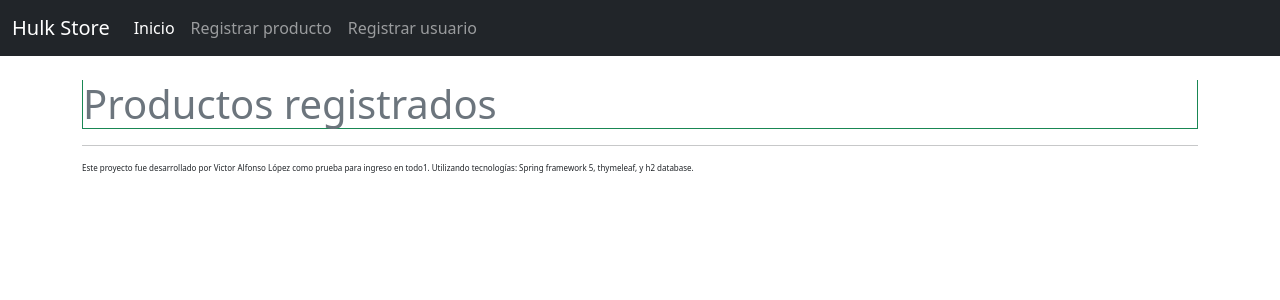
Repository: alfonsoLopez1992/PruebaTODO1
Page: http://localhost/index
These files come from the project's save history. The page is drawn as it stood at one moment and after the next save; the edit follows.
The browser window is 1280 px wide. The pictures show the whole page.
Some web libraries are served in a nearby version. The page is this project's Thymeleaf template; nobody is signed in. The template is opened directly, without the code that normally fills it, so the values that code supplies are empty.

Above is the page before, as saved 2021-02-15 21:37:14.

### hulk-store-internet/src/main/resources/templates/index.html
<!DOCTYPE html>
<html xmlns:th="http://www.thymeleaf.org">
<head th:replace="layout/layout :: head">
</head>
<body>

	<header th:replace="layout/layout :: header"></header>

	<div class="container">
		<br />

		<h1
			class="text-secondary border border-success border-top-0 border-left-0 border-right-0">Productos
			registrados</h1>

		<div th:each="producto: ${productos}">
			<div class="card" style="width: 18rem;">
				<div class="text-center">
					<img th:src="${producto.imagenUrl}"
						style="width: 250px; height: 200px;" class="rounded"
						th-alt="${producto.nombreCorto}">
				</div>

				<div class="card-body">
					<h5 class="card-title" th:text="${producto.nombre}"></h5>
					<p class="card-text" th:text="${producto.descripcion}"></p>
					Costo $: <b>
						<p style="font-size: 20px;" class="card-text"
							th:text=" ${producto.costo}"></p>
					</b> <a href="#" class="btn btn-primary">Comprar</a>
				</div>
			</div>
			<br />
		</div>

	</div>


	<footer th:replace="layout/layout :: footer"></footer>

</body>
</html>

### hulk-store-internet/src/main/resources/templates/layout/layout.html
<!DOCTYPE html>
<html xmlns:th="http://www.thymeleaf.org">
<head th:fragment="head">
<meta charset="UTF-8">
<title>Hulk store</title>
<link
	href="https://cdn.jsdelivr.net/npm/bootstrap@5.0.0-beta2/dist/css/bootstrap.min.css"
	rel="stylesheet"
	integrity="sha384-BmbxuPwQa2lc/FVzBcNJ7UAyJxM6wuqIj61tLrc4wSX0szH/Ev+nYRRuWlolflfl"
	crossorigin="anonymous">

</head>
<body>
	<header th:fragment="header">
		<nav class="navbar navbar-expand-lg navbar-dark bg-dark">
			<div class="container-fluid">
				<a class="navbar-brand" href="#">Hulk Store</a>
				<button class="navbar-toggler" type="button"
					data-bs-toggle="collapse" data-bs-target="#navbarNav"
					aria-controls="navbarNav" aria-expanded="false"
					aria-label="Toggle navigation">
					<span class="navbar-toggler-icon"></span>
				</button>
				<div class="collapse navbar-collapse" id="navbarNav">
					<ul class="navbar-nav">
						<li class="nav-item"><a class="nav-link active"
							aria-current="page" href="http://localhost:8080/">Inicio</a></li>

						<li class="nav-item"><a class="nav-link" href="http://localhost:8080/producto/listar">Registrar producto</a>
						</li>
						<li class="nav-item"><a class="nav-link" href="http://localhost:8080/usuario/index">Registrar usuario</a>
						</li>
					</ul>
				</div>
			</div>
		</nav>
	</header>
	<div class="container"></div>


	<footer th:fragment="footer" class="container">
		<hr />
		<p style="font-size: 8px !important;">Este proyecto fue desarrollado por Victor Alfonso López como
			prueba para ingreso en todo1. Utilizando tecnologías: Spring framework 5, thymeleaf, y h2 database.</p>
		<script
			src="https://cdn.jsdelivr.net/npm/bootstrap@5.0.0-beta2/dist/js/bootstrap.bundle.min.js"
			integrity="sha384-b5kHyXgcpbZJO/tY9Ul7kGkf1S0CWuKcCD38l8YkeH8z8QjE0GmW1gYU5S9FOnJ0"
			crossorigin="anonymous"></script>
		<script
			src="https://cdn.jsdelivr.net/npm/@popperjs/core@2.6.0/dist/umd/popper.min.js"
			integrity="sha384-KsvD1yqQ1/1+IA7gi3P0tyJcT3vR+NdBTt13hSJ2lnve8agRGXTTyNaBYmCR/Nwi"
			crossorigin="anonymous"></script>
		<script
			src="https://cdn.jsdelivr.net/npm/bootstrap@5.0.0-beta2/dist/js/bootstrap.min.js"
			integrity="sha384-nsg8ua9HAw1y0W1btsyWgBklPnCUAFLuTMS2G72MMONqmOymq585AcH49TLBQObG"
			crossorigin="anonymous"></script>

	</footer>



</body>
</html>

After the next save:
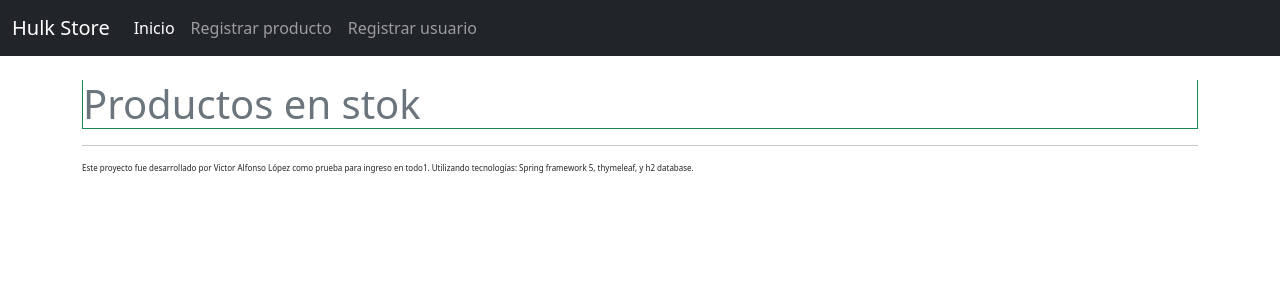
Saved 7 s later.
--- a/hulk-store-internet/src/main/resources/templates/index.html
+++ b/hulk-store-internet/src/main/resources/templates/index.html
@@ -11,7 +11,7 @@
 
 		<h1
 			class="text-secondary border border-success border-top-0 border-left-0 border-right-0">Productos
-			registrados</h1>
+			en stok</h1>
 
 		<div th:each="producto: ${productos}">
 			<div class="card" style="width: 18rem;">
